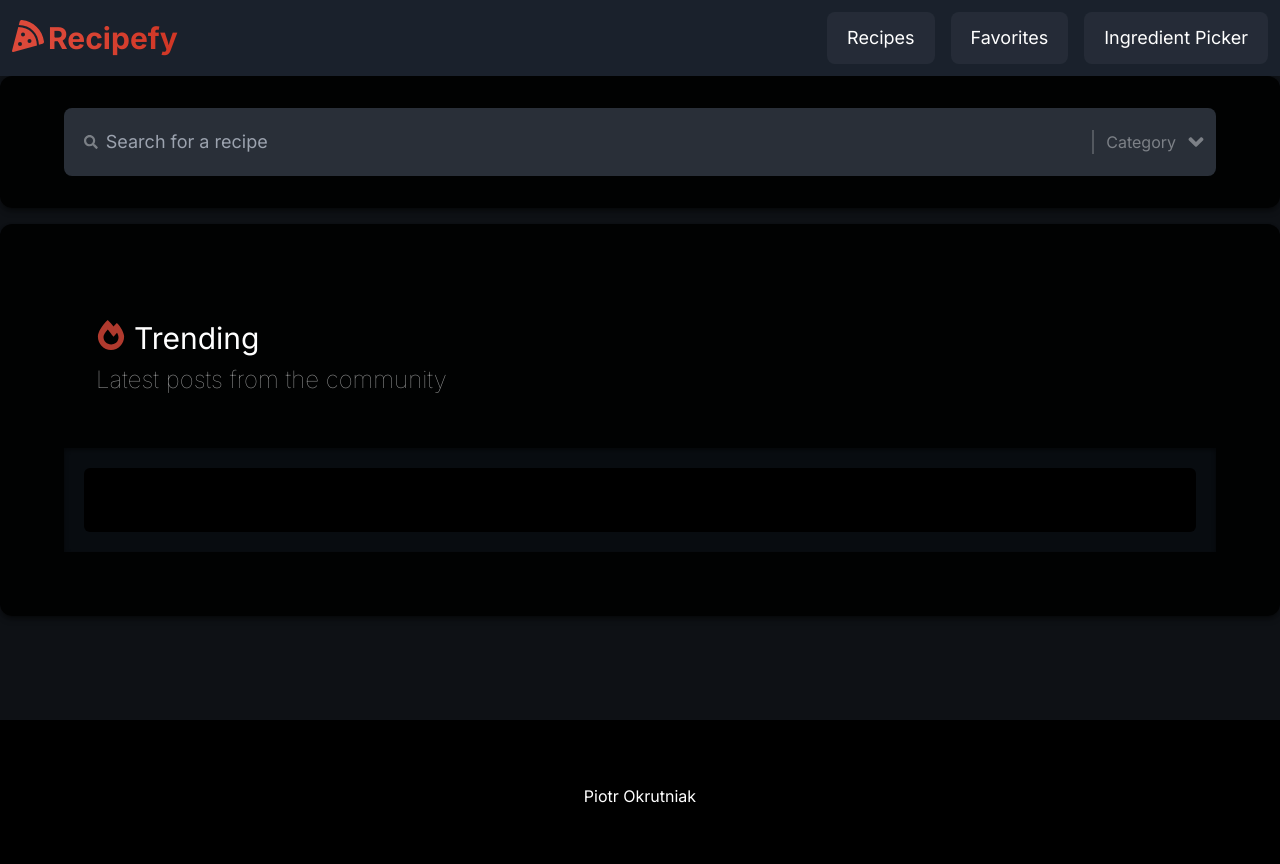
Repository: piotrokrutniak/recipefy
Page: /
An editor plug-in stored every save of this project. The page is shown before and after the next save, followed by the edit.
The browser window is 1280 px wide. The pictures show the whole page.
The page's requests for data from a server got no answer. The project was rebuilt for these pictures with package versions that can differ from the ones it lists, and the page was loaded fresh each time. The framework's server and built-in components were replaced by stand-ins that run in the browser. No one was signed in, and anything a server would have sent is missing. Also part of the build but not shown: next.config.js, src/app/integration/jsonApi/getUser.tsx, src/app/components/posts/post.tsx.

Above is the page before, as saved 2023-10-07 00:06:37.

After the next save:
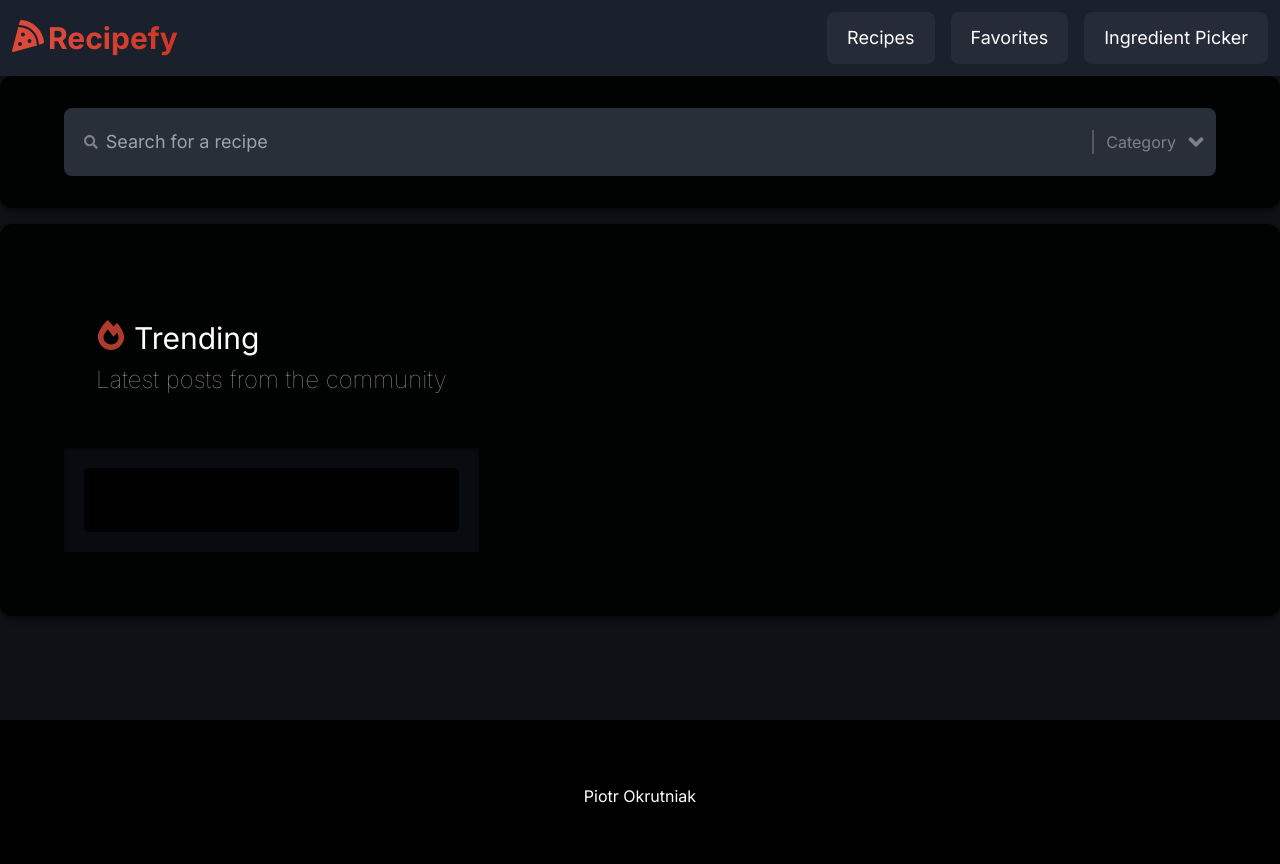
Saved 23 s later.
--- a/src/app/page.tsx
+++ b/src/app/page.tsx
@@ -26,7 +26,7 @@
         <SearchBar/>
       </section>
 
-      <section id="top-picks-section" className='max-w-7xl bg-black/90 m-auto w-full md:p-8 rounded-xl shadow-md shadow-black/40 flex-col'>
+      <section id="top-picks-section" className='max-w-7xl bg-black/90 m-auto w-full md:p-8 rounded-xl shadow-md shadow-black/40 flex'>
         <div className="lg:p-8 pb-14 flex flex-col gap-5">
           <div className="p-8">
             <h1 className="text-3xl text-white flex gap-2 pb-2" > <FaFireAlt className="opacity-80 fill-vermilion-400"/> Trending</h1>

After the save that followed:
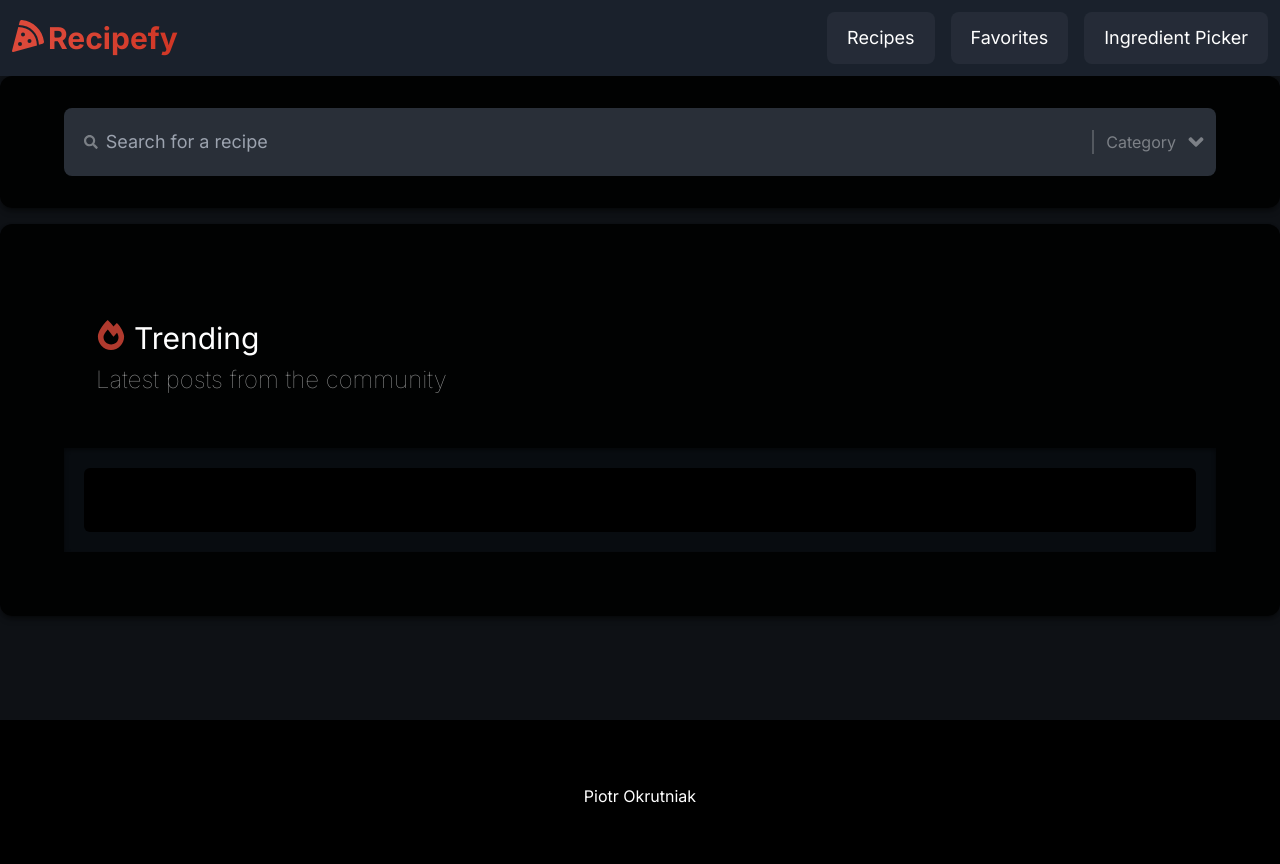
Saved 14 s later.
--- a/src/app/page.tsx
+++ b/src/app/page.tsx
@@ -26,7 +26,7 @@
         <SearchBar/>
       </section>
 
-      <section id="top-picks-section" className='max-w-7xl bg-black/90 m-auto w-full md:p-8 rounded-xl shadow-md shadow-black/40 flex'>
+      <section id="top-picks-section" className='max-w-7xl bg-black/90 m-auto w-full md:p-8 rounded-xl shadow-md shadow-black/40 flex-col'>
         <div className="lg:p-8 pb-14 flex flex-col gap-5">
           <div className="p-8">
             <h1 className="text-3xl text-white flex gap-2 pb-2" > <FaFireAlt className="opacity-80 fill-vermilion-400"/> Trending</h1>
